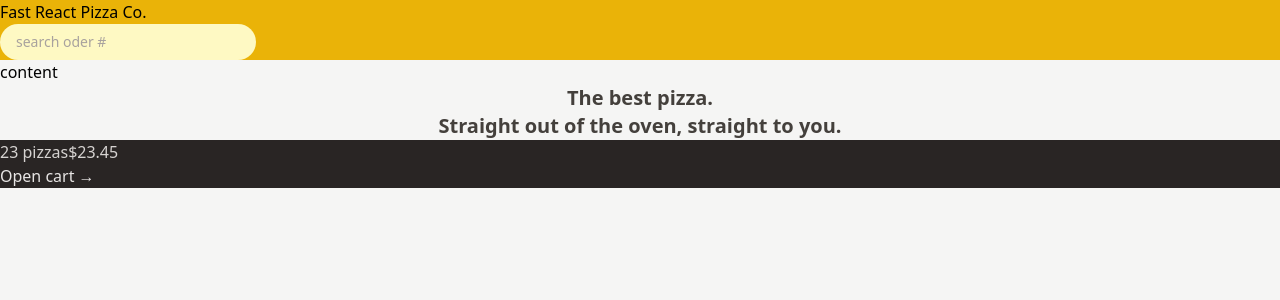
Repository: ayakhaled0001/pizza-delivery
Page: /
These files come from the project's save history. The page is drawn as it stood at one moment and after the next save; the edit follows.
The browser window is 1280 px wide. The pictures show the whole page.
The project was rebuilt for these pictures with package versions that can differ from the ones it lists, and the page was loaded fresh each time. Also part of the build but not shown: vite.config.js, src/services/apiRestaurant.jsx, src/utilities/helpers.jsx, src/features/menu/MenuItem.jsx, src/features/menu/Menu.jsx, src/features/cart/Cart.jsx, src/features/order/Order.jsx, src/ui/Loader.jsx and 1 more. Imported but missing from the stored project, and not drawn on this page: src/features/order/CreateOrder.

Above is the page before, as saved 2025-05-01 02:13:18.

After the next save:
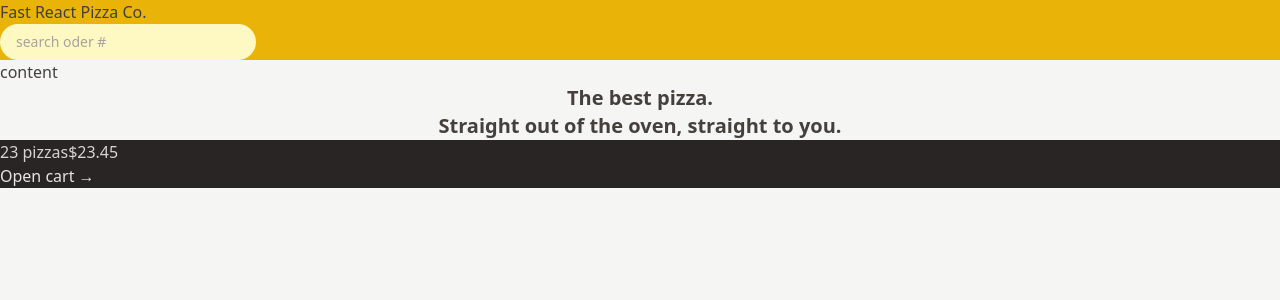
Saved 9 s later.
--- a/index.html
+++ b/index.html
@@ -6,7 +6,7 @@
     <meta name="viewport" content="width=device-width, initial-scale=1.0" />
     <title>Vite + React</title>
   </head>
-  <body class="bg-stone-100">
+  <body class="bg-stone-100 text-stone-700">
     <div id="root"></div>
     <script type="module" src="/src/main.jsx"></script>
   </body>
